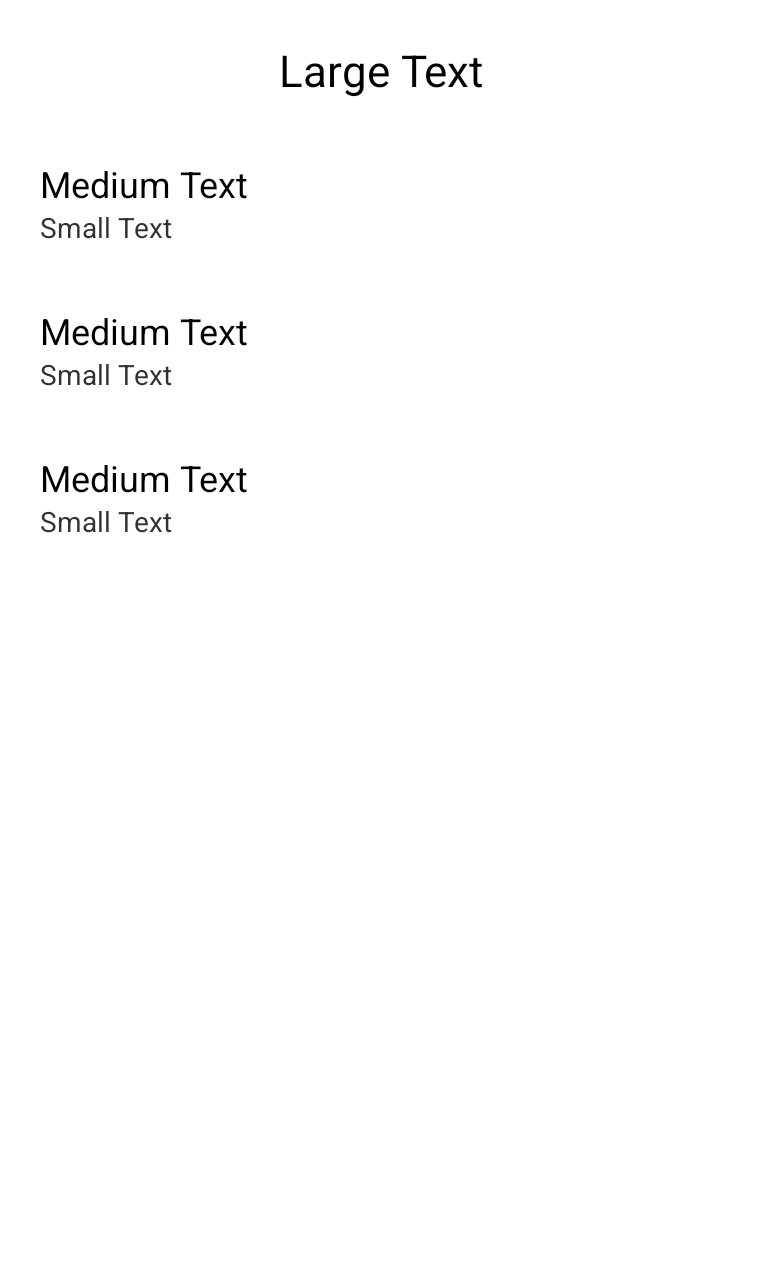
Repository: SimonIsMe/workspace_android
Layout: Lista5/res/layout/activity_people_list.xml
An editor plug-in stored every save of this project. The layout is shown before and after the next save, followed by the edit.
It is drawn on a 768 x 1280 px phone screen (xhdpi) without system bars, with theme AppTheme; the app's code is not run.

Above is the layout before, as saved 2012-12-11 13:07:50.

After the next save:
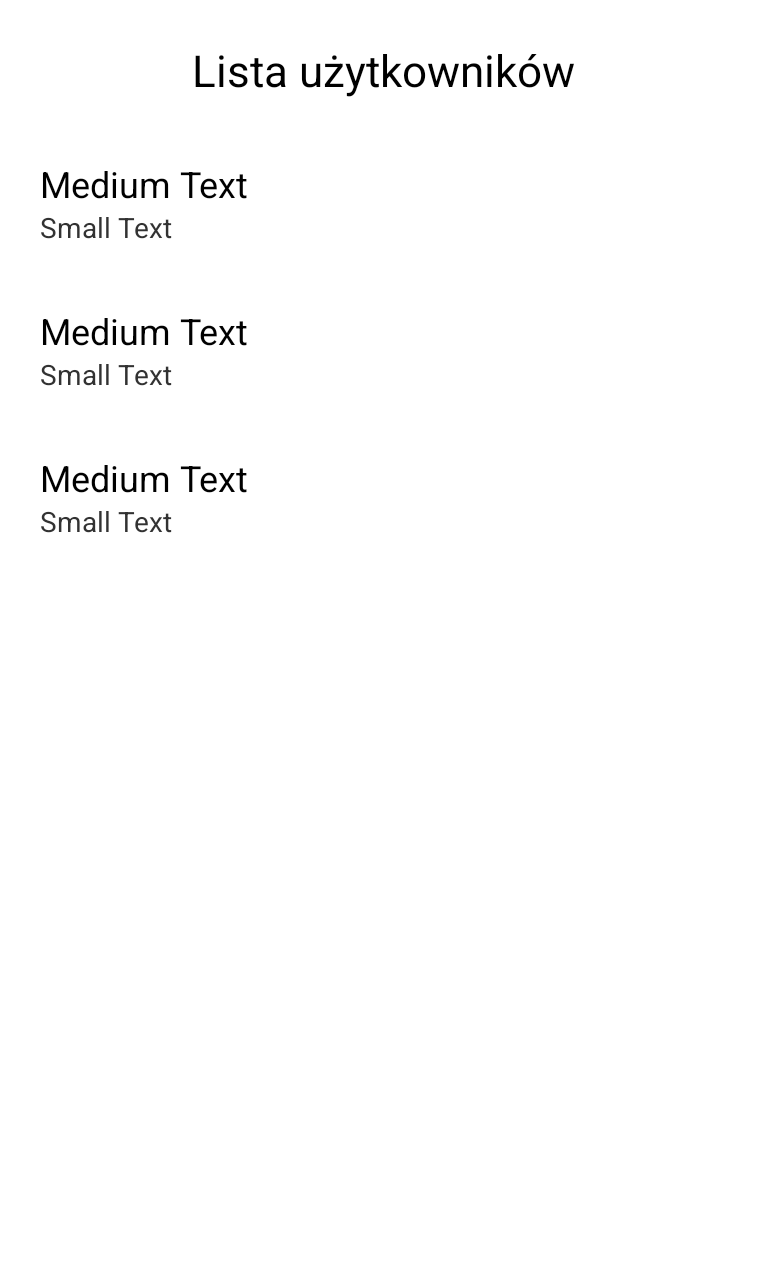
Saved 5 min 57 s later.
--- a/Lista5/res/layout/activity_people_list.xml
+++ b/Lista5/res/layout/activity_people_list.xml
@@ -26,7 +26,7 @@
                 android:id="@+id/textView1"
                 android:layout_width="fill_parent"
                 android:layout_height="wrap_content"
-                android:text="Large Text"
+                android:text="Lista użytkowników"
                 android:textAppearance="?android:attr/textAppearanceLarge" />
 
         </TableRow>
